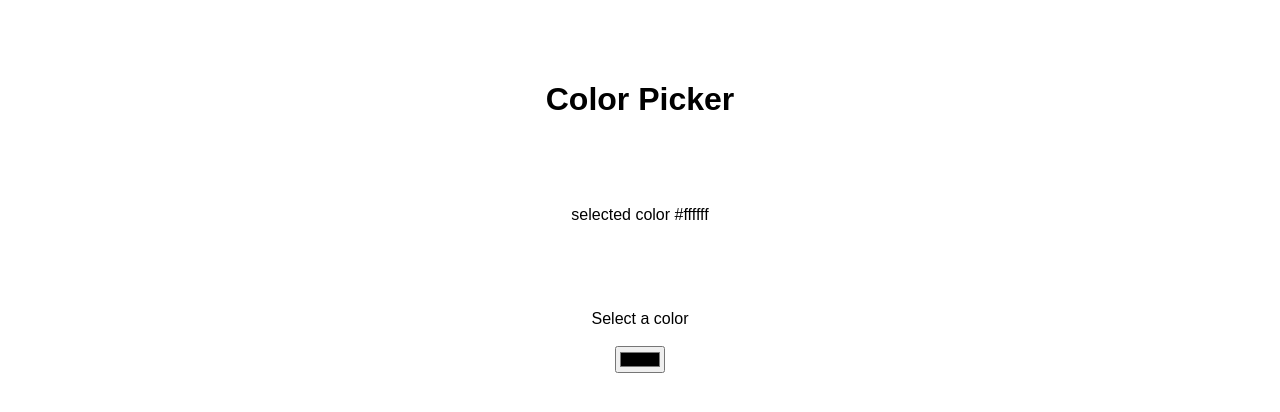
Repository: wakoya-tech/color-picker
Page: /
The author's editor kept a copy of each file at every save. The page is drawn from the files as they stood at one save, then again after the next save.
The browser window is 1280 px wide. The pictures show the whole page.
The project was rebuilt for these pictures with package versions that can differ from the ones it lists, and the page was loaded fresh each time. Also part of the build but not shown: vite.config.js, src/index.css.

Above is the page before, as saved 2025-10-16 20:53:19.

### src/App.jsx
import { useState } from 'react'
import reactLogo from './assets/react.svg'
import './App.css'
import ColorPicker from './ColorPicker'

function App() {
return(<>

<ColorPicker/>
</>)
}

export default App

### src/App.css
body{
  background-color: white;
  color: black;
  font-family: Arial, Helvetica, sans-serif;
}
.color-picker-container{
  display: flex;
flex-direction: column;
align-items: center;
align-content: center;
  padding: 50px;
  margin: 10px;
  font-size: 1rem;
  justify-items: center;
}
.color-display{
  padding: 30px 20px;
  border: none;
  border-radius: 25px;
  margin: 20px;
}
.yoom{
  display: flex;
  flex-direction: column;
  align-items: center;
  margin: 10px;
  padding: 10px;
}

### src/ColorPicker.jsx
import React, { useState } from 'react'

function ColorPicker() {
  const [color,setColor]=useState("#ffffff");
function handleColorChange(e)
{
  setColor(e.target.value);
}
  return (
    <div className='color-picker-container'>
<h1>Color Picker</h1>
<div className='color-display' style={{backgroundColor :color}}>
  <p>selected color {color}</p>
</div>
    <div className='yoom'>
      <label> Select a color</label><br />
      <input type="color" onChange={handleColorChange}/>
    </div>
    </div>
  )
}

export default ColorPicker

Loaded but not shown: index.html (common file); src/main.jsx (common file)

After the next save:
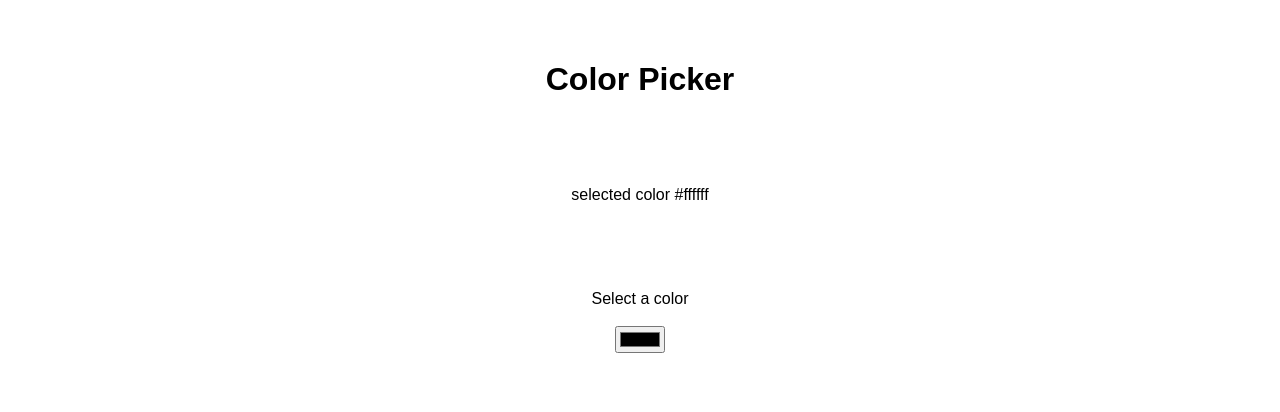
Saved 24 s later.
--- a/src/App.css
+++ b/src/App.css
@@ -8,7 +8,7 @@ body{
 flex-direction: column;
 align-items: center;
 align-content: center;
-  padding: 50px;
+  padding: 30px;
   margin: 10px;
   font-size: 1rem;
   justify-items: center;
